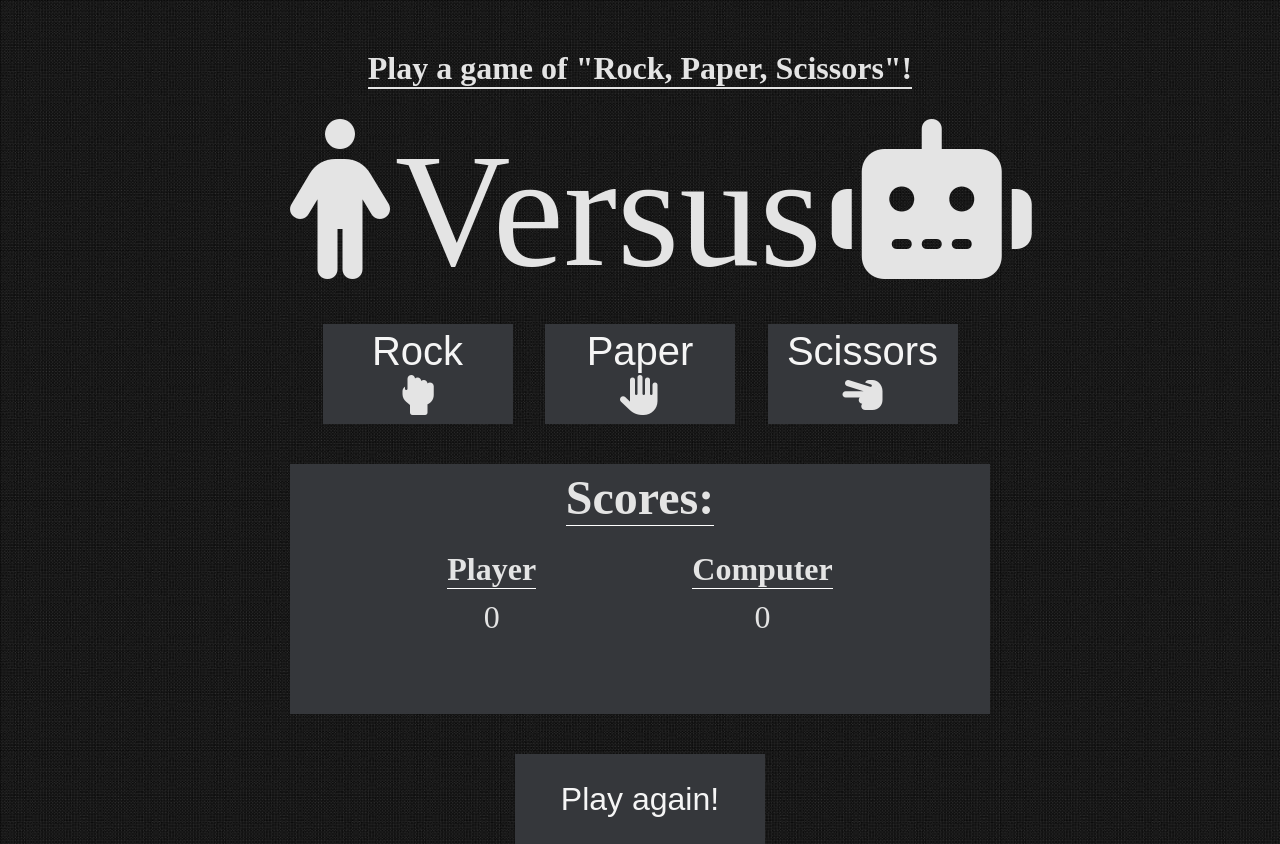
Repository: Pafestivo/rock-paper-scissors
Page: index.html
The author's editor kept a copy of each file at every save. The page is drawn from the files as they stood at one save, then again after a run of saves.
The browser window is 1280 px wide. The pictures show the whole page.
Some web libraries are served in a nearby version.

Above is the page before, as saved 2022-10-15 12:28:21.

After the next 3 saves:
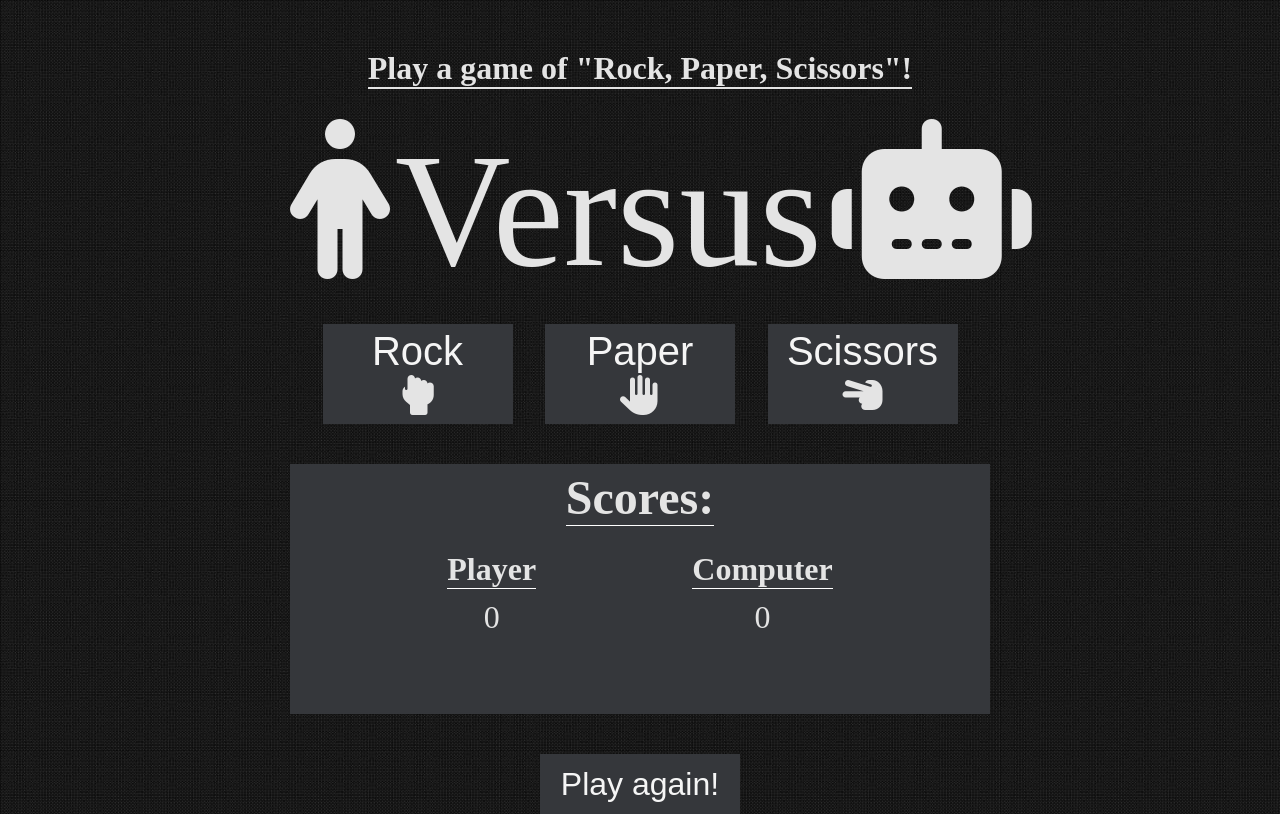
The 3 saves are shown as one change because they came seconds apart.
The last was saved 11 s later.
--- a/styles.css
+++ b/styles.css
@@ -130,6 +130,6 @@ button:disabled:hover {
   display: block;
   margin: 0 auto;
   font-size: 2rem;
-  width: 250px;
-  height: 90px;
+  width: 200px;
+  height: 60px;
 }
